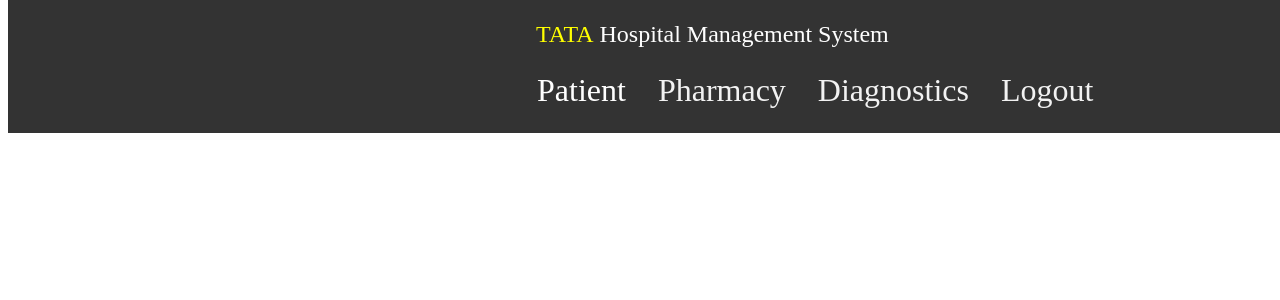
Repository: gopikavinod/RBM
Page: http://localhost/Hospital_Management_System/
These files come from the project's save history. The page is drawn as it stood at one moment and after the next save; the edit follows.
The browser window is 1280 px wide. The pictures show the whole page.
The page is served by Tomcat 9.

Above is the page before, as saved 2020-06-27 06:44:22.

After the next save:
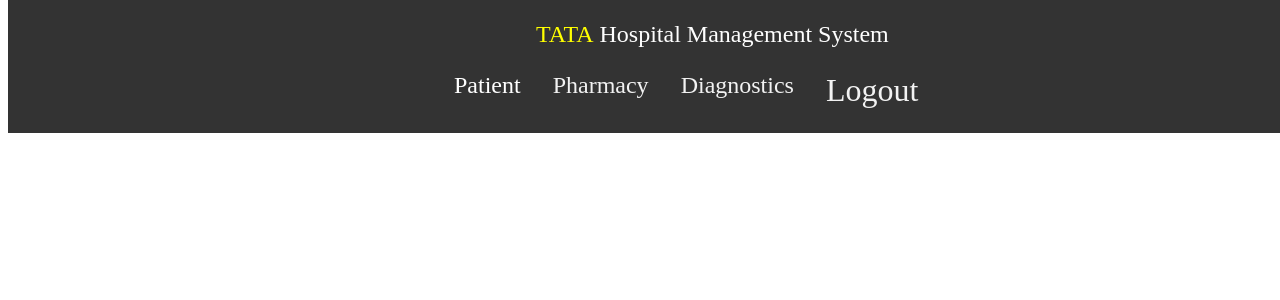
Saved 95 s later.
--- a/eclipse-workspace/Hospital Management System/WebContent/index.jsp
+++ b/eclipse-workspace/Hospital Management System/WebContent/index.jsp
@@ -60,7 +60,7 @@
     .topnav {
   overflow: hidden;
   background-color: #333;
-  padding-left: 385px;
+  padding-left: 302px;
   font-size: x-large;
 }
 
@@ -141,7 +141,7 @@
          <p class="detail"  style="padding-left: 400px;">TATA<span class="name">&nbsp;Hospital Management System</span></p>
           <div class="topnav" id="myTopnav" display="none">
             <div class="dropdown">
-    <button class="dropbtn" style="font-size: xx-large;">Patient
+    <button class="dropbtn" style="font-size: x-large;">Patient
       <i class="fa fa-caret-down"></i>
     </button>
     <div class="dropdown-content">
@@ -153,8 +153,8 @@
     </div>
 
 
-                <a href="#"  style="font-size: xx-large;">Pharmacy</a>
-                <a href="#"  style="font-size: xx-large;">Diagnostics</a>
+                <a href="#"  style="font-size: x-large;">Pharmacy</a>
+                <a href="#"  style="font-size: x-large;">Diagnostics</a>
                  <a href="/Retail_Bank_Management/LogoutServlet" onclick="disableBackButton()"  style="font-size: xx-large;">Logout</a>
           </div>
             </nav>
